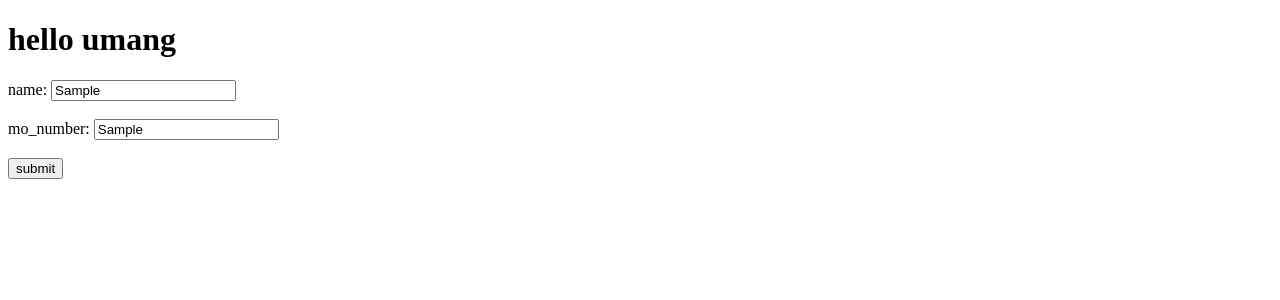
Repository: umangtalpara/ajax
Page: index.html
An editor plug-in stored every save of this project. The page is shown before and after a run of saves, followed by the edit.
The browser window is 1280 px wide. The pictures show the whole page.
Empty fields were first filled with sample values (such as "Sample", 5 or name@example.com).
After loading, the first visible `#submit` was clicked once.

Above is the page before, as saved 2021-07-07 12:31:53.

### index.html
<!DOCTYPE html>
<html lang="en">

<head>
    <meta charset="UTF-8">
    <meta http-equiv="X-UA-Compatible" content="IE=edge">
    <meta name="viewport" content="width=device-width, initial-scale=1.0">
    <title>ajax</title>
    <script src="https://code.jquery.com/jquery-3.6.0.js"
        integrity="sha256-H+K7U5CnXl1h5ywQfKtSj8PCmoN9aaq30gDh27Xc0jk=" crossorigin="anonymous"></script>
</head>
<h1>hello umang</h1>
<div id="msg"></div>
<label>name:</label>
<input type="text" id="name" /><br><br>
<label>mo_number:</label>
<input type="text" id="number" /><br><br>
<button id="submit" type="submit"> submit</button>
<script src="./ajax.js"></script>
</body>

</html>

### ajax.js
$(document).ready(function(){
$("#submit").click(function(e){
    e.preventDefault();
    console.log("submit button clicked");
    let nm = $("#name").val();
    let mn = $("#number").val();
    // console.log(nm);
    // console.log(mn);

    mydata = { name:nm, number:mn };
    // console.log(mydata);

    $.ajax({
        url: "insert.php",
        method: "POST",
        data: JSON.stringify(mydata),
        success: function(data){
            // console.log(data);
            msg ="<div'>" + data + "</div>";
            $("#msg").html

        },
    });
});
});

After the next 14 saves:
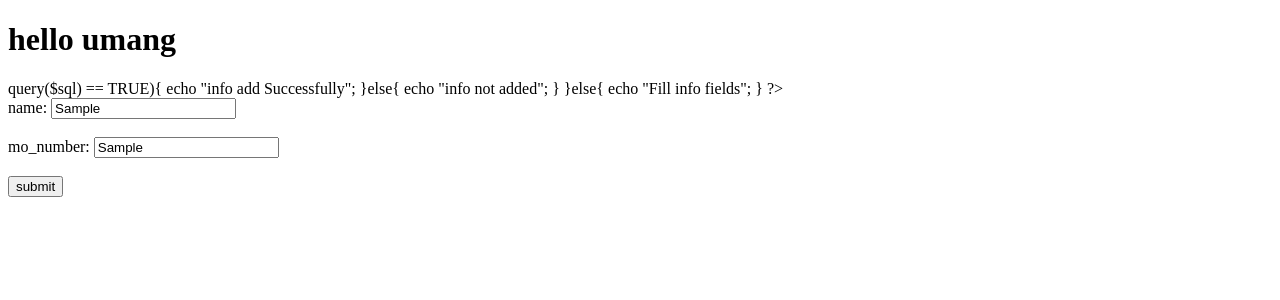
The 14 saves are shown as one change because they came seconds apart.
The last was saved 27 s later.
--- a/ajax.js
+++ b/ajax.js
@@ -17,7 +17,8 @@ $("#submit").click(function(e){
         success: function(data){
             // console.log(data);
             msg ="<div'>" + data + "</div>";
-            $("#msg").html
+            $("#msg").html(msg);
+            $('#myform')[0]
 
         },
     });
